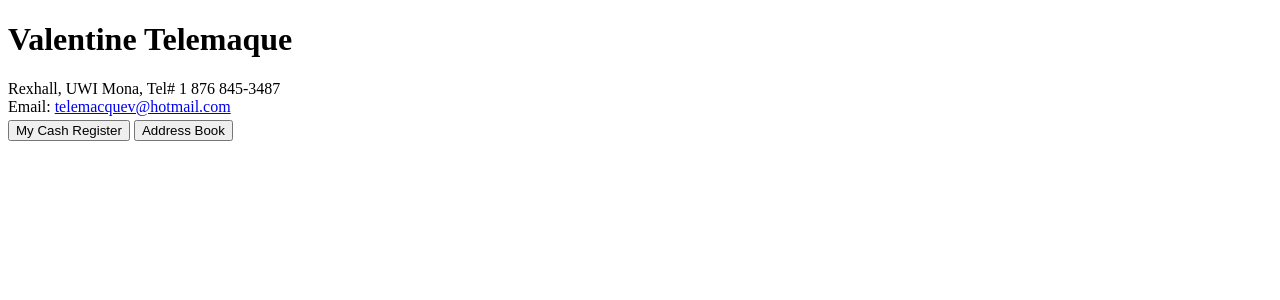
Repository: telemacquev/info2180project1
Page: index.html
The author's editor kept a record of every edit. The page is drawn from the files as they stood at one moment, then again after the next edit.
The browser window is 1280 px wide. The pictures show the whole page.

Above is the page before.

After the next edit:
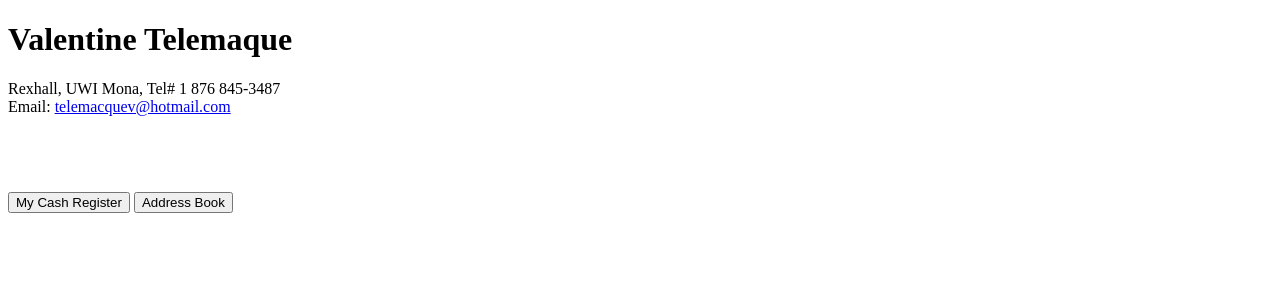
The edit:
--- a/index.html
+++ b/index.html
@@ -14,6 +14,9 @@
 		Email: <a href="mailto:telemacquev@hotmai.com?Subject=Interview%20shortlist" target="_top">
 		telemacquev@hotmail.com</a> </p> </div>
 
+	<br> <br> <br> <br>
+
+
 
         <input type="button" onclick="runMe()" value="My Cash Register">
         <input type="button" onclick="runMe2()" value="Address Book">
